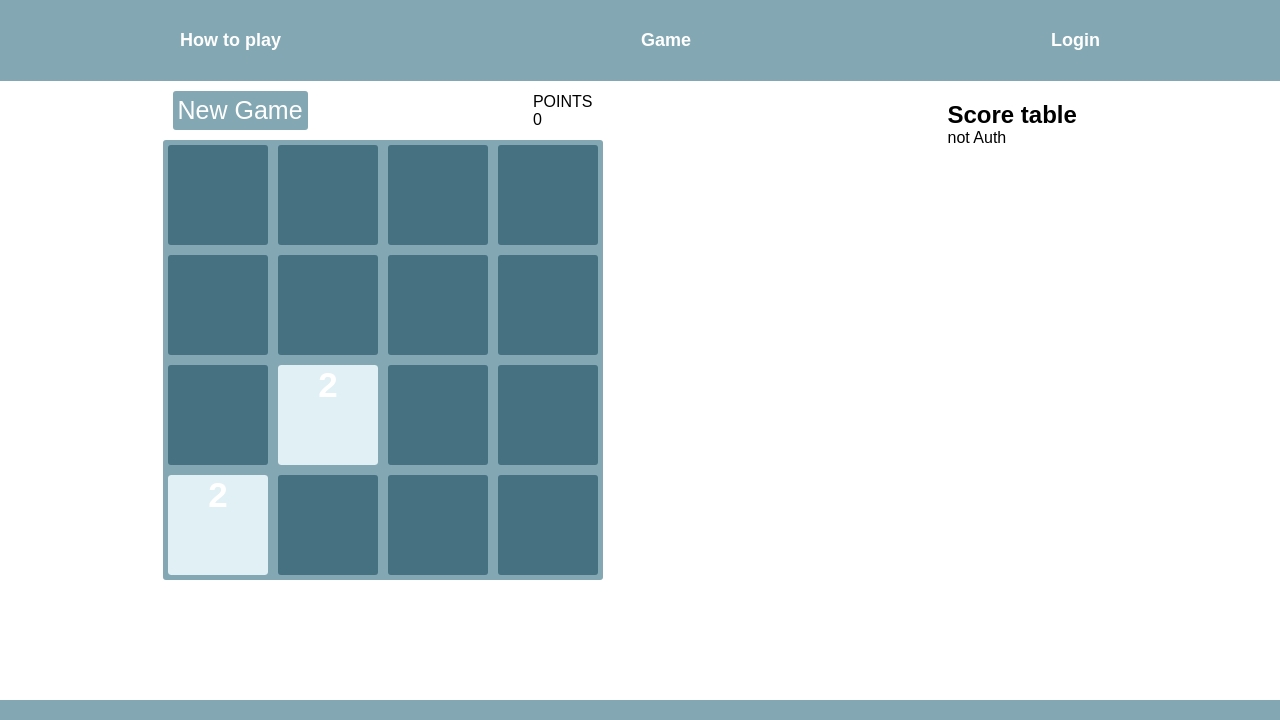
Repository: nika-otter/2048
Page: / (app in client/)
These files come from the project's save history. The page is drawn as it stood at one moment and after the next save; the edit follows.
The browser window is 1280 px wide. The pictures show the whole page.
The project was rebuilt for these pictures with package versions that can differ from the ones it lists, and the page was loaded fresh each time. Also part of the build but not shown: client/src/components/Login/LoginForm.js, client/src/pages/account/index.jsx, client/src/components/Game/GameOverlay.jsx, client/src/components/InstructionPage/InstructionPage.module.scss, client/src/components/HowToPlay/howtoplay.module.scss, client/src/components/HowToPlay/howtoplay.jsx, client/src/components/InstructionPage/InstructionPage.jsx, client/src/pages/Instruction/index.jsx and 4 more.

Above is the page before, as saved 2023-05-01 19:28:44.

After the next save:
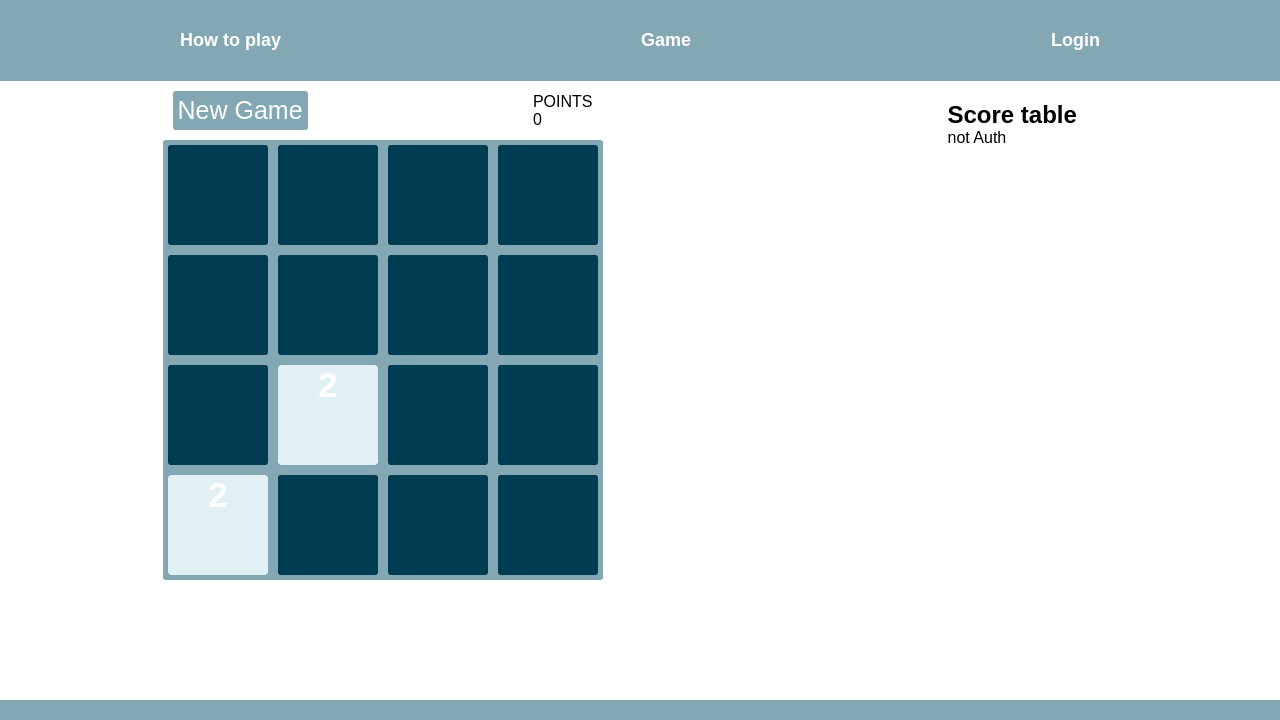
Saved 15 s later.
--- a/client/src/components/Game/Board.scss
+++ b/client/src/components/Game/Board.scss
@@ -115,7 +115,7 @@ body {
 }
 
 .cell {
-  background-color: rgb(69, 113, 128);
+  background-color: rgb(0, 60, 81);
 }
 
 .tile0 {
